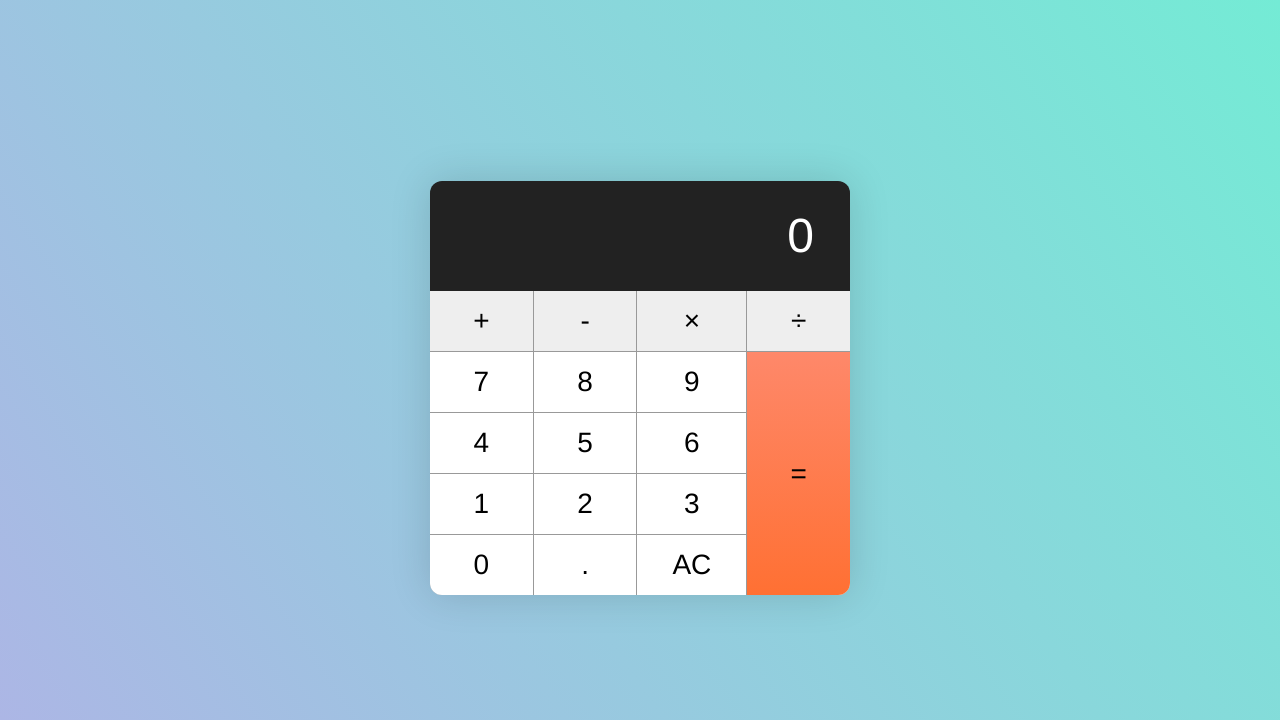
Repository: Drumstrum88/LAB-calculator
Page: index.html
The author's editor kept a copy of each file at every save. The page is drawn from the files as they stood at one save, then again after the next save.
The browser window is 1280 px wide. The pictures show the whole page.

Above is the page before, as saved 2023-04-25 19:46:44.

After the next save:
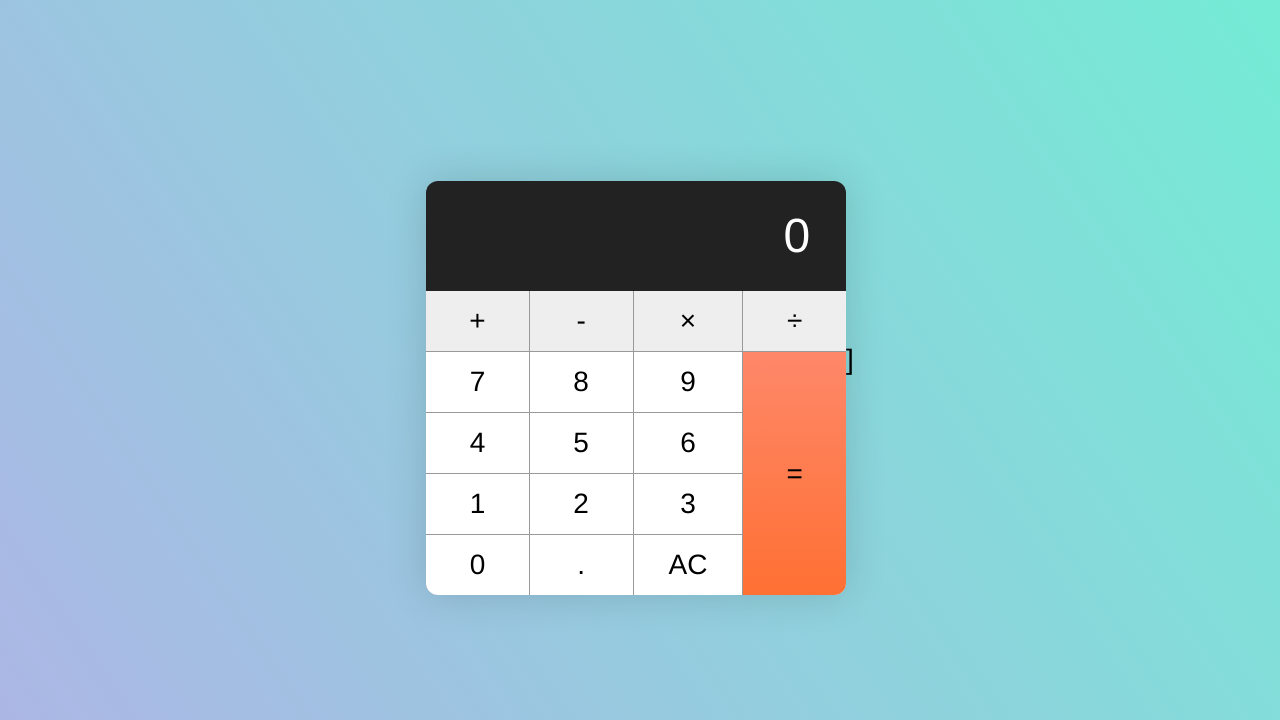
Saved 34 s later.
--- a/index.html
+++ b/index.html
@@ -32,6 +32,6 @@
         <button class="key--equal" data-action="calculate" id="result">=</button>
       </div>
     </div>
-  </div>
+  </div>]
   </body>
 </html>

After the 2 saves that followed:
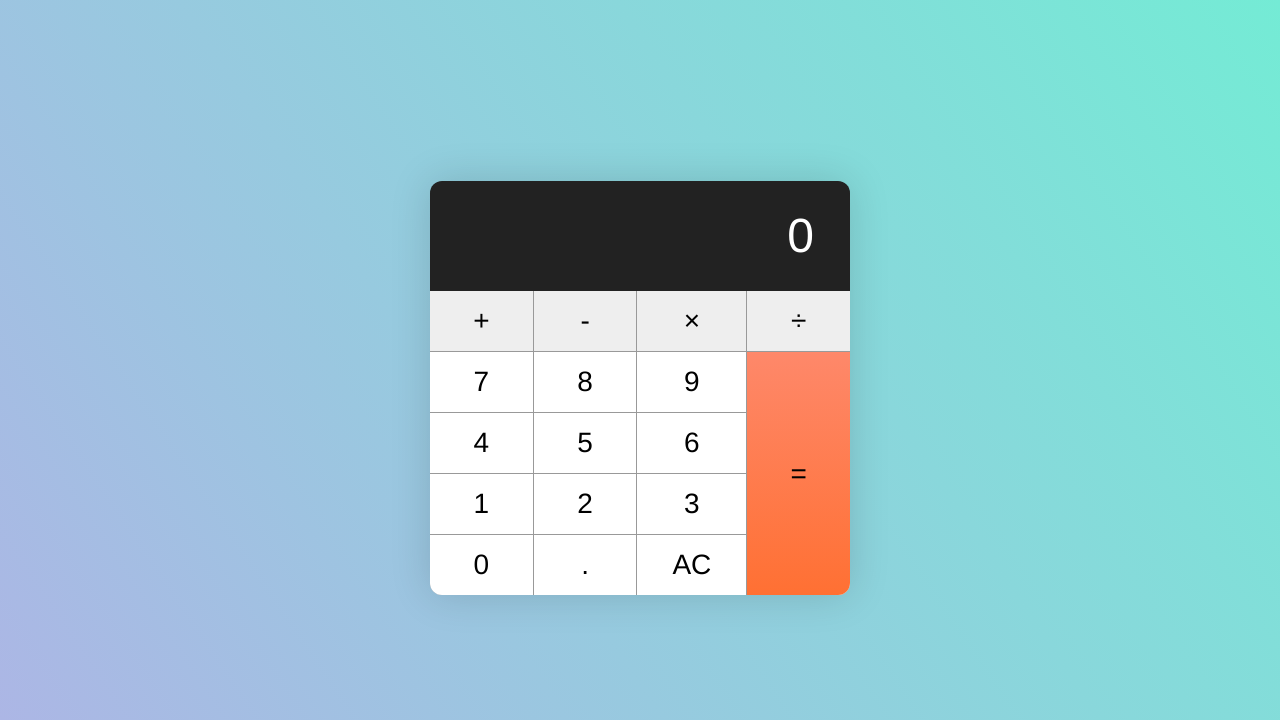
The 2 saves are shown as one change because they came seconds apart.
The last was saved 7 s later.
--- a/index.html
+++ b/index.html
@@ -32,6 +32,7 @@
         <button class="key--equal" data-action="calculate" id="result">=</button>
       </div>
     </div>
-  </div>]
+  </div>
+  <script src></script>
   </body>
 </html>
